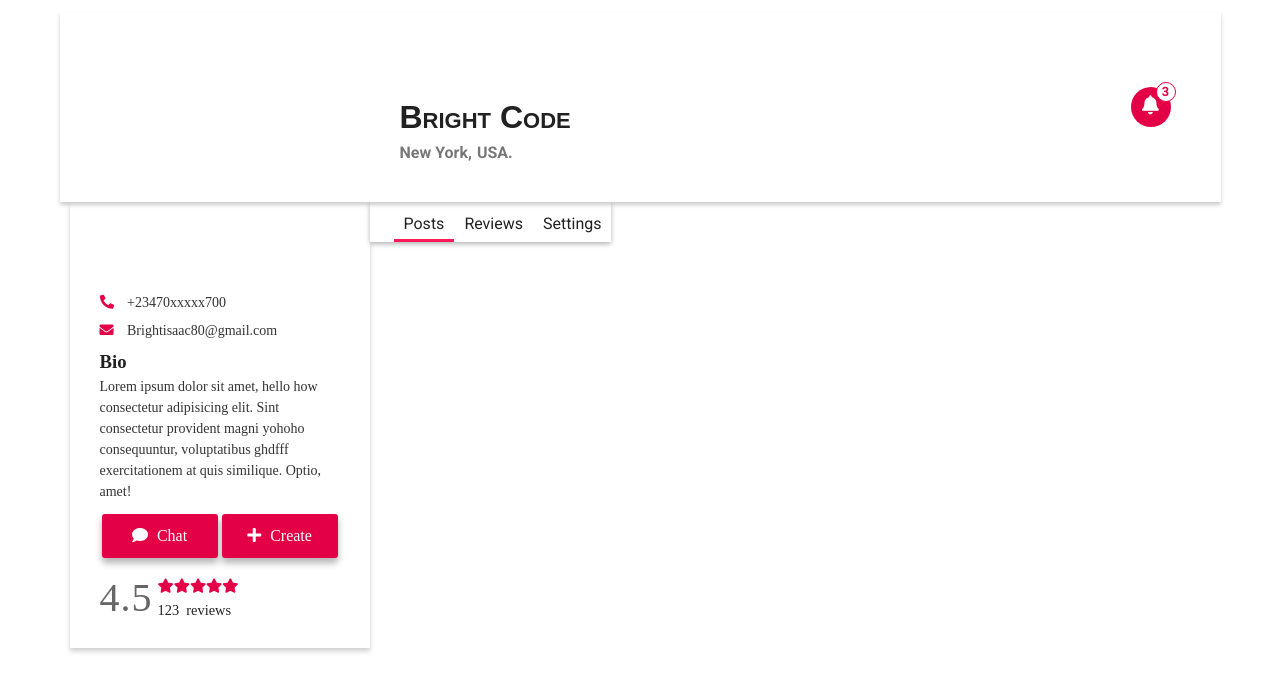
Repository: akinsikuoluwafemi/Pats_userAuth
Page: /userinfo
An editor plug-in stored every save of this project. The page is shown before and after the next save, followed by the edit.
The browser window is 1280 px wide. The pictures show the whole page.
The project was rebuilt for these pictures with package versions that can differ from the ones it lists, and the page was loaded fresh each time. Also part of the build but not shown: vue.config.js, src/views/Home.vue, src/components/Login.vue, src/components/Signup.vue.

Above is the page before, as saved 2020-11-05 01:30:02.

After the next save:
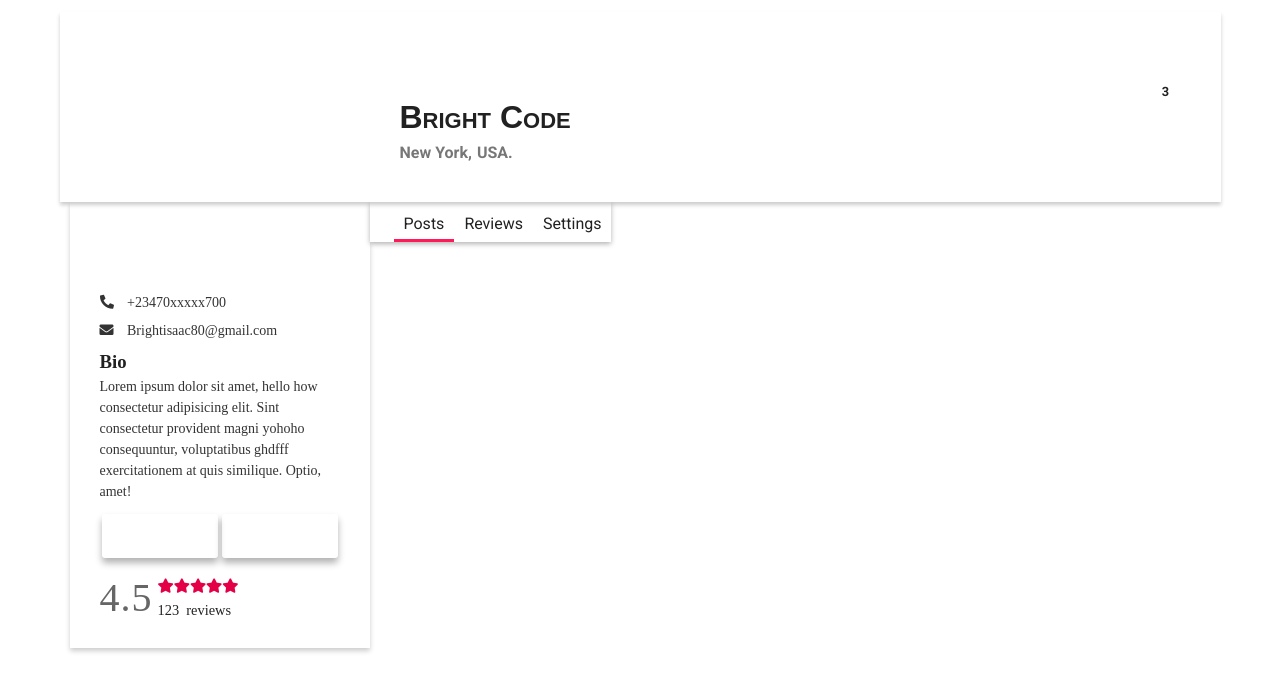
Saved 6 min 28 s later.
--- a/src/components/UserInfo.vue
+++ b/src/components/UserInfo.vue
@@ -107,23 +107,23 @@ font-weight: bold; color: #777; } .profile-nav-info .address p { margin-right:
 5px; } .profile-option { width: 40px; height: 40px; position: absolute; right:
 50px; top: 50%; transform: translateY(-50%); border-radius: 50%; display: flex;
 justify-content: center; align-items: center; cursor: pointer; transition: all
-0.5s ease-in-out; outline: none; background: #e40046; } .profile-option:hover {
-background: #fff; border: 1px solid #e40046; } .profile-option:hover
-.notification i { color: #e40046; } .profile-option:hover span { background:
-#e40046; } .profile-option .notification i { color: #fff; font-size: 1.2rem;
+0.5s ease-in-out; outline: none; background: ##0153B4; } .profile-option:hover {
+background: #fff; border: 1px solid ##0153B4; } .profile-option:hover
+.notification i { color: ##0153B4; } .profile-option:hover span { background:
+##0153B4; } .profile-option .notification i { color: #fff; font-size: 1.2rem;
 transition: all 0.5s ease-in-out; } .profile-option .notification .alert-message
-{ position: absolute; top: -5px; right: -5px; background: #fff; color: #e40046;
-border: 1px solid #e40046; padding: 5px; border-radius: 50%; height: 20px;
+{ position: absolute; top: -5px; right: -5px; background: #fff; color: ##0153B4;
+border: 1px solid ##0153B4; padding: 5px; border-radius: 50%; height: 20px;
 width: 20px; display: flex; justify-content: center; align-items: center;
 font-size: 0.8rem; font-weight: bold; } .main-bd { width: 100%; display: flex;
 padding-right: 15px; } .profile-side { width: 300px; background: #fff;
 box-shadow: 0px 3px 5px rgba(0, 0, 0, 0.2); padding: 90px 30px 20px;
 font-family: "Bree Serif", serif; margin-left: 10px; z-index: 99; }
 .profile-side p { margin-bottom: 7px; color: #333; font-size: 14px; }
-.profile-side p i { color: #e40046; margin-right: 10px; } .mobile-no i {
-transform: rotateY(180deg); color: #e40046; } .profile-btn { display: flex; }
+.profile-side p i { color: ##0153B4; margin-right: 10px; } .mobile-no i {
+transform: rotateY(180deg); color: ##0153B4; } .profile-btn { display: flex; }
 button.chatbtn, button.createbtn { border: 0; padding: 10px; width: 100%;
-border-radius: 3px; background: #e40046; color: #fff; font-family: "Bree Serif";
+border-radius: 3px; background: ##0153B4; color: #fff; font-family: "Bree Serif";
 font-size: 1rem; margin: 5px 2px; cursor: pointer; outline: none; margin-bottom:
 10px; transition: background 0.3s ease-in-out; box-shadow: 0px 5px 7px 0px
 rgba(0, 0, 0, 0.3); } button.chatbtn:hover, button.createbtn:hover { background:
